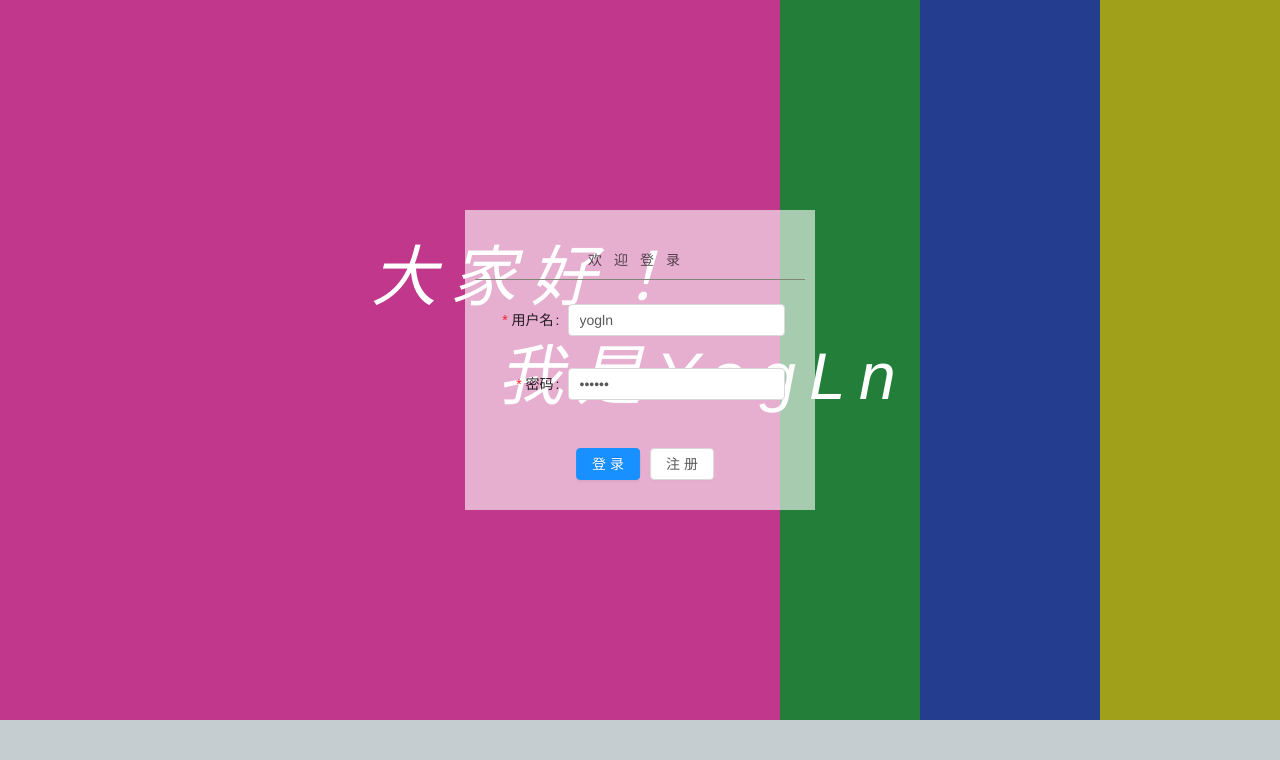
Repository: YogLn/theory-fre
Page: /register
These files come from the project's save history. The page is drawn as it stood at one moment and after the next save; the edit follows.
The browser window is 1280 px wide. The pictures show the whole page.
Backgrounds fixed to the window are drawn as part of the page. The project was rebuilt for these pictures with package versions that can differ from the ones it lists, and the page was loaded fresh each time.

Above is the page before, as saved 2021-07-22 16:44:50.

After the next save:
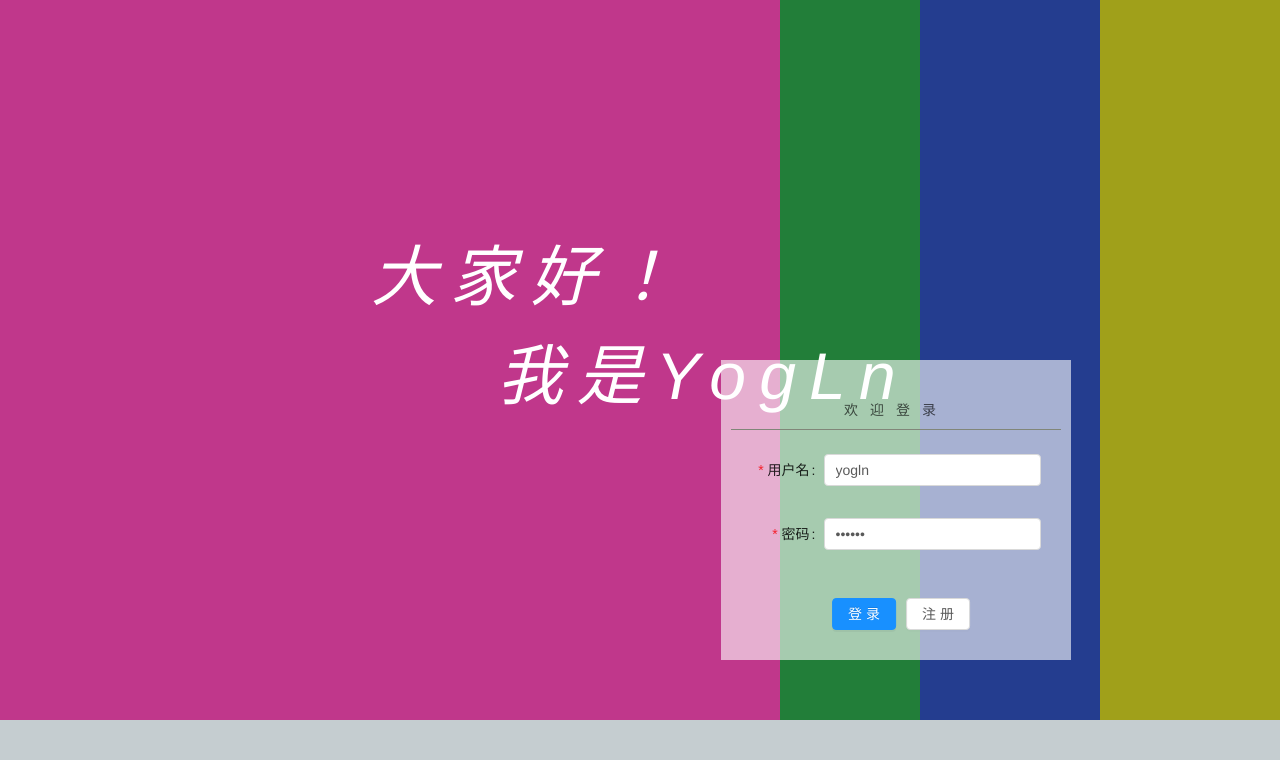
Saved 37 s later.
--- a/src/pages/login/Login.vue
+++ b/src/pages/login/Login.vue
@@ -163,9 +163,9 @@ export default {
     height: 300px;
     background: rgba(255, 255, 255, 0.6);
     position: fixed;
-    left: 50%;
+    left: 70%;
     top: 50%;
-    transform: translate(-50%, -50%);
+    transform: translateX(-50%);
     .login-header {
       margin-top: -10px;
       display: flex;
